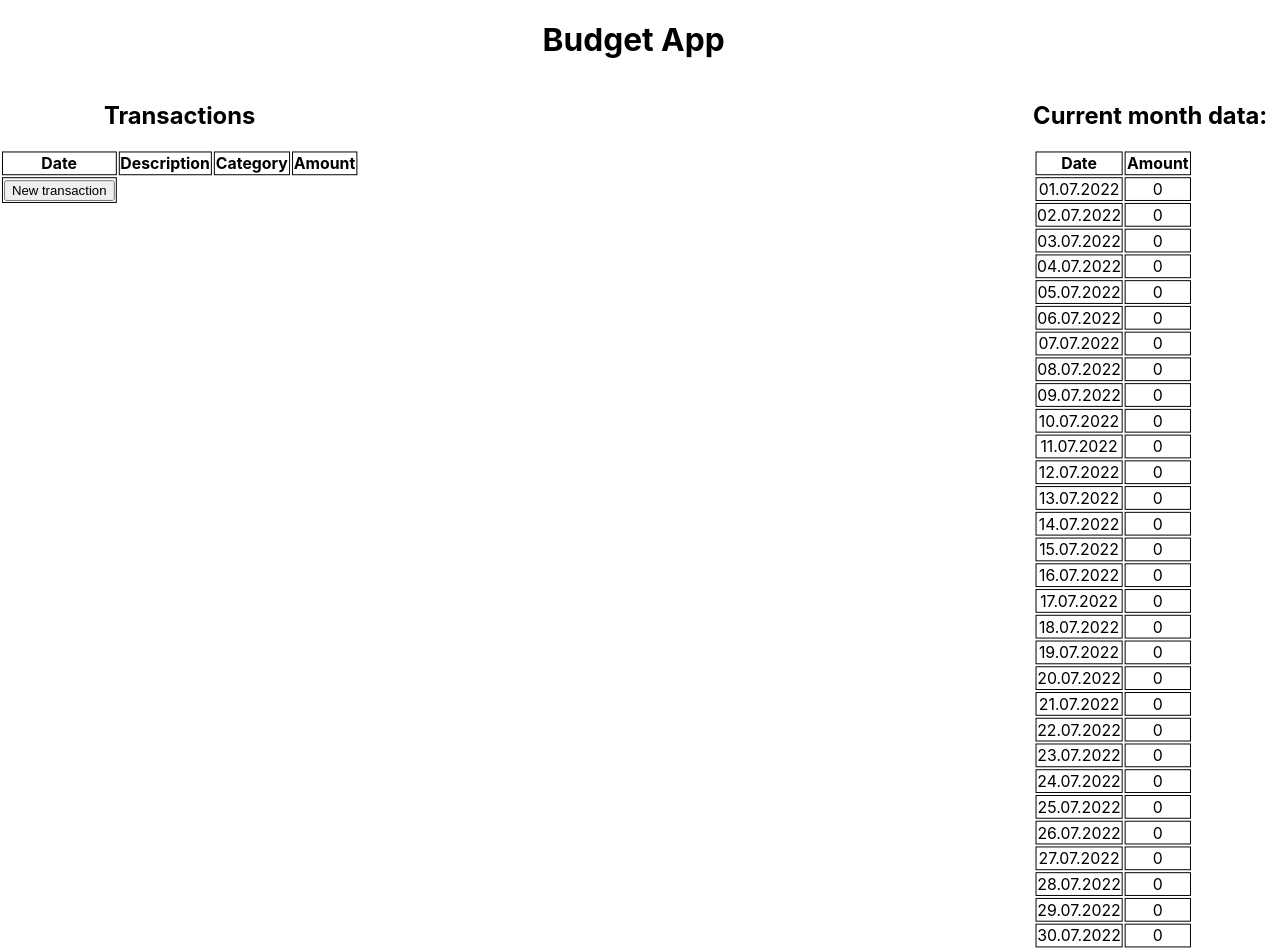
Repository: matveisch/budget-app
Page: /
These files come from the project's save history. The page is drawn as it stood at one moment and after the next save; the edit follows.
The browser window is 1280 px wide. The pictures show the whole page, at 99% of full size.
The project was rebuilt for these pictures with package versions that can differ from the ones it lists, and the page was loaded fresh each time. Also part of the build but not shown: src/components/SingleTransaction/SingleTransaction.tsx.

Above is the page before, as saved 2022-07-21 15:43:25.

### src/App.tsx
import React, {useState} from 'react';

import './App.css';

import TransactionsList from "./components/TransactionsList/TransactionsList";
import {TransactionsContext} from "./data/TransactionsContext";
import {ListOfTransactions, Transaction} from "./interface/types/Types";
import InputPopup from "./components/InputPopup/InputPopup";
import {CategoriesContext} from "./data/CategoriesContext";
import DaysSum from "./components/DaysSum/DaysSum";

function App() {
    const [transactions, setTransactions] = useState<ListOfTransactions["arrayOfObjects"]>([
        {
            id: 1,
            amount: 20,
            note: 'bread from local store',
            category: 'food',
            date: '2022-02-22'
        }
    ]);

    const [categories, setCategories] = useState(['food', 'shopping', 'groceries']);
    const [toggleInputPopup, setToggleInputPopup] = useState(false);

    return (
        <TransactionsContext.Provider value={{transactions, setTransactions}} >
            <CategoriesContext.Provider value={{categories, setCategories}} >
                <div className="App">
                    <header>
                        <h1>Budget App</h1>
                    </header>
                    <main>
                        <div id="transactions">
                            <h2>Transactions</h2>
                            {transactions.length < 0 ? <h1>no transactions</h1> :
                                <TransactionsList transactions={transactions} setToggleInputPopup={setToggleInputPopup}/>
                            }
                            <InputPopup toggleInputPopup={toggleInputPopup} setToggleInputPopup={setToggleInputPopup}/>
                        </div>
                        <div id="month-data">
                            <h2>Current month data:</h2>
                            <DaysSum />
                        </div>
                    </main>
                </div>
            </CategoriesContext.Provider>
        </TransactionsContext.Provider>
    );
}

export default App;

### src/components/TransactionsList/TransactionsList.tsx
import React, {Dispatch, SetStateAction} from 'react';

import './TransactionsList.css';

import {ListOfTransactions, Transaction} from "../../interface/types/Types";
import SingleTransaction from "../SingleTransaction/SingleTransaction";

interface TransactionsProps {
    transactions: ListOfTransactions["arrayOfObjects"];
    setToggleInputPopup: Dispatch<SetStateAction<boolean>>;
}

const TransactionsList = (props: TransactionsProps) => {
    return (
        <table id="transactions-list">
            <thead>
                <tr>
                    <th>Date</th>
                    <th>Description</th>
                    <th>Category</th>
                    <th>Amount</th>
                </tr>
            </thead>
            <tbody>
                {props.transactions.filter(transaction => new Date(transaction.date).getMonth() === new Date().getMonth()).map((item: Transaction, index: number) => {
                    return (
                        <SingleTransaction id={item.id} amount={item.amount} note={item.note} category={item.category} date={item.date} key={index}/>
                    )
                })}
            </tbody>
            <tfoot>
                <tr>
                    <td><button onClick={() => props.setToggleInputPopup(true)}>New transaction</button></td>
                </tr>
            </tfoot>
        </table>
    );
};

export default TransactionsList;

### src/data/TransactionsContext.tsx
import React, {createContext} from "react";

import {TransactionsContextType} from "../interface/types/Types";

export const TransactionsContext = createContext<TransactionsContextType | null>(null);

### src/components/InputPopup/InputPopup.tsx
import React, {Dispatch, SetStateAction, useContext, useEffect, useState} from 'react';

import './InputPopup.css';

import {TransactionsContext} from "../../data/TransactionsContext";
import {CategoriesContextType, Transaction, TransactionsContextType} from "../../interface/types/Types";
import Dropdown from "../../ui/Dropdown/Dropdown";
import {CategoriesContext} from "../../data/CategoriesContext";

interface InputPopupProps {
    toggleInputPopup: boolean;
    setToggleInputPopup: Dispatch<SetStateAction<boolean>>;
}

const InputPopup = (props: InputPopupProps) => {
    const { transactions, setTransactions } = useContext(TransactionsContext) as TransactionsContextType;
    const { categories, setCategories } = useContext(CategoriesContext) as CategoriesContextType;
    const [currentCategory, setCurrentCategory] = useState('');

    const [initialValues, setInitialValues] = useState({
        id: transactions.length + 1,
        amount: 0,
        note: '',
        category: '',
        date: '',
    })

    const handleDataChange = (e: React.ChangeEvent<HTMLInputElement>) => {
        const { id, value } = e.target;
        setInitialValues(prevState => ({
            ...prevState,
            [id]: value
        }));
    };

    // updating transaction id
    useEffect(() => {
        setInitialValues({...initialValues, ['id']: (transactions.length + 1)});
    }, [transactions.length])

    // updating transaction category
    useEffect(() => {
        setInitialValues({...initialValues, ['category']: currentCategory});
    }, [currentCategory]);

    const handleSave = (e: React.MouseEvent<HTMLButtonElement>) => {
        const saveData = (values: Transaction) => {
            setTransactions(current => [...current, values]);
        };

        e.preventDefault();

        // check if user filled all the inputs
        if (initialValues.amount > 0 && initialValues.note.length > 0 && initialValues.date.length > 0 && initialValues.category.length > 0) {
            saveData(initialValues);
            props.setToggleInputPopup(false);
        } else {
            console.log('fill all the inputs');
        }
    };

    return (
        <div id="input-popup" style={props.toggleInputPopup ? {display: 'block', position: 'absolute'} : {display: 'none'}}>
            <form id="input-popup__form">
                <div className="option-container">
                    <label htmlFor="date">Date:</label>
                    <input type="date" id="date" onChange={handleDataChange} value={initialValues.date}/>
                </div>
                <div className="option-container">
                    <label htmlFor="note">Description:</label>
                    <input type="text" id="note" onChange={handleDataChange} value={initialValues.note}/>
                </div>
                <Dropdown placeholder={'Categories'}
                          options={categories}
                          currentCategory={currentCategory}
                          setCurrentCategory={setCurrentCategory}/>
                <div className="option-container">
                    <label htmlFor="amount">Amount:</label>
                    <input type="number" id="amount" onChange={handleDataChange} value={initialValues.amount}/>
                </div>
                <div className="buttons">
                    <button type="submit" onClick={handleSave}>Save</button>
                    <button onClick={(e) => {e.preventDefault(); props.setToggleInputPopup(false);}}>Close</button>
                </div>
            </form>
        </div>
    );
};

export default InputPopup;

### src/data/CategoriesContext.tsx
import React, {createContext} from "react";

import {CategoriesContextType} from "../interface/types/Types";

export const CategoriesContext = createContext<CategoriesContextType | null>(null);

### src/components/DaysSum/DaysSum.tsx
import React, {useContext} from 'react';

import './DaysSum.css';

import {Transaction, TransactionsContextType} from "../../interface/types/Types";
import {TransactionsContext} from "../../data/TransactionsContext";

const DaysSum = () => {
    const { transactions, setTransactions } = useContext(TransactionsContext) as TransactionsContextType;

    // count sum of all transactions made on the exact day
    const countSum = (arr: Transaction[]) => arr.reduce((sum, {amount}) => sum + amount * 1, 0);

    const getDaysInMonth = (year: number, month: number) => {
        return new Date(year, month, 0).getDate();
    }

    const currentMonth = new Date().getMonth();
    const currentYear = new Date().getFullYear();

    const monthLongTable = () => {
        let arrayOfTr = [];

        for (let i = 0; i < getDaysInMonth(currentYear, currentMonth); i++) {
            arrayOfTr.push(
                <tr key={i}>
                    <td>{`${i + 1 > 9 ? i + 1 : `0${i + 1}`}.${currentMonth + 1 > 9 ? currentMonth + 1 : `0${currentMonth + 1}`}.${currentYear}`}</td>
                    <td>{countSum(transactions.filter(transaction => new Date(transaction.date).getDate() === i + 1 && new Date(transaction.date).getMonth() === currentMonth))}</td>
                </tr>
            )
        }

        return arrayOfTr;
    }

    return (
        <table id="days-sum">
            <thead>
                <tr>
                    <th>Date</th>
                    <th>Amount</th>
                </tr>
            </thead>
            <tbody>
                {monthLongTable()}
            </tbody>
        </table>
    );
};

export default DaysSum;

### src/components/TransactionsList/TransactionsList.css
#transactions-list th, #transactions-list td {
  border: 1px solid;
}/*# sourceMappingURL=TransactionsList.css.map */

### src/components/InputPopup/InputPopup.css
#input-popup {
  background-color: white;
}
#input-popup__form {
  display: flex;
  flex-direction: column;
  align-items: start;
  gap: 5px;
  width: 300px;
  border: 1px solid;
  border-radius: 8px;
  padding: 15px;
}
#input-popup__form .option-container {
  display: flex;
  gap: 10px;
}
#input-popup__form .buttons {
  width: 100%;
  display: flex;
  justify-content: space-between;
}/*# sourceMappingURL=InputPopup.css.map */

### src/ui/Dropdown/Dropdown.tsx
import React, {Dispatch, SetStateAction, useState} from 'react';

import './Dropdown.css';
import arrow from '../../data/images/arrow-down-sign-to-navigate.png';

interface DropdownProps {
    placeholder: string;
    options: string[];
    currentCategory: string;
    setCurrentCategory: Dispatch<SetStateAction<string>>;
}

const Dropdown = (props: DropdownProps) => {
    const [dropdownToggle, setDropdownToggle] = useState(false);

    const optionClickHandler = (option: string) => {
        props.setCurrentCategory(option);
        setDropdownToggle(false);
    }

    return (
        <div className="dropdown">
            <div className="dropdown__header" onClick={() => setDropdownToggle(!dropdownToggle)}>
                {props.currentCategory.length > 0 ? props.currentCategory : props.placeholder}
                <img src={arrow} alt="" style={dropdownToggle ? {transform: 'rotate(180deg)'} : undefined}/>
            </div>
            <div className="dropdown__options-container"
                 style={dropdownToggle ? {display: 'flex'} : {display: 'none'}}>{props.options.map((option, index) => {
                return (
                    <p key={index} className="option" onClick={() => optionClickHandler(option)}>{option}</p>
                )
            })}</div>
        </div>
    );
};

export default Dropdown;

### src/components/DaysSum/DaysSum.css
#days-sum td, #days-sum th {
  border: 1px solid;
}/*# sourceMappingURL=DaysSum.css.map */

### src/ui/Dropdown/Dropdown.css
.dropdown {
  border: 1px solid;
  border-radius: 8px;
  padding: 5px;
  display: flex;
  flex-direction: column;
  gap: 5px;
}
.dropdown__header {
  display: flex;
  gap: 5px;
  justify-content: start;
  align-items: center;
  cursor: pointer;
}
.dropdown__header img {
  width: 12px;
  margin-left: 10px;
}
.dropdown__options-container {
  display: flex;
  flex-direction: column;
  align-items: start;
  gap: 5px;
}
.dropdown__options-container p {
  margin: 0;
  cursor: pointer;
}/*# sourceMappingURL=Dropdown_20220708142345.css.map */

Loaded but not shown: public/index.html (common file); src/index.tsx (common file); src/index.css (common file); src/reportWebVitals.ts (common file); src/App.css (common file)

After the next save:
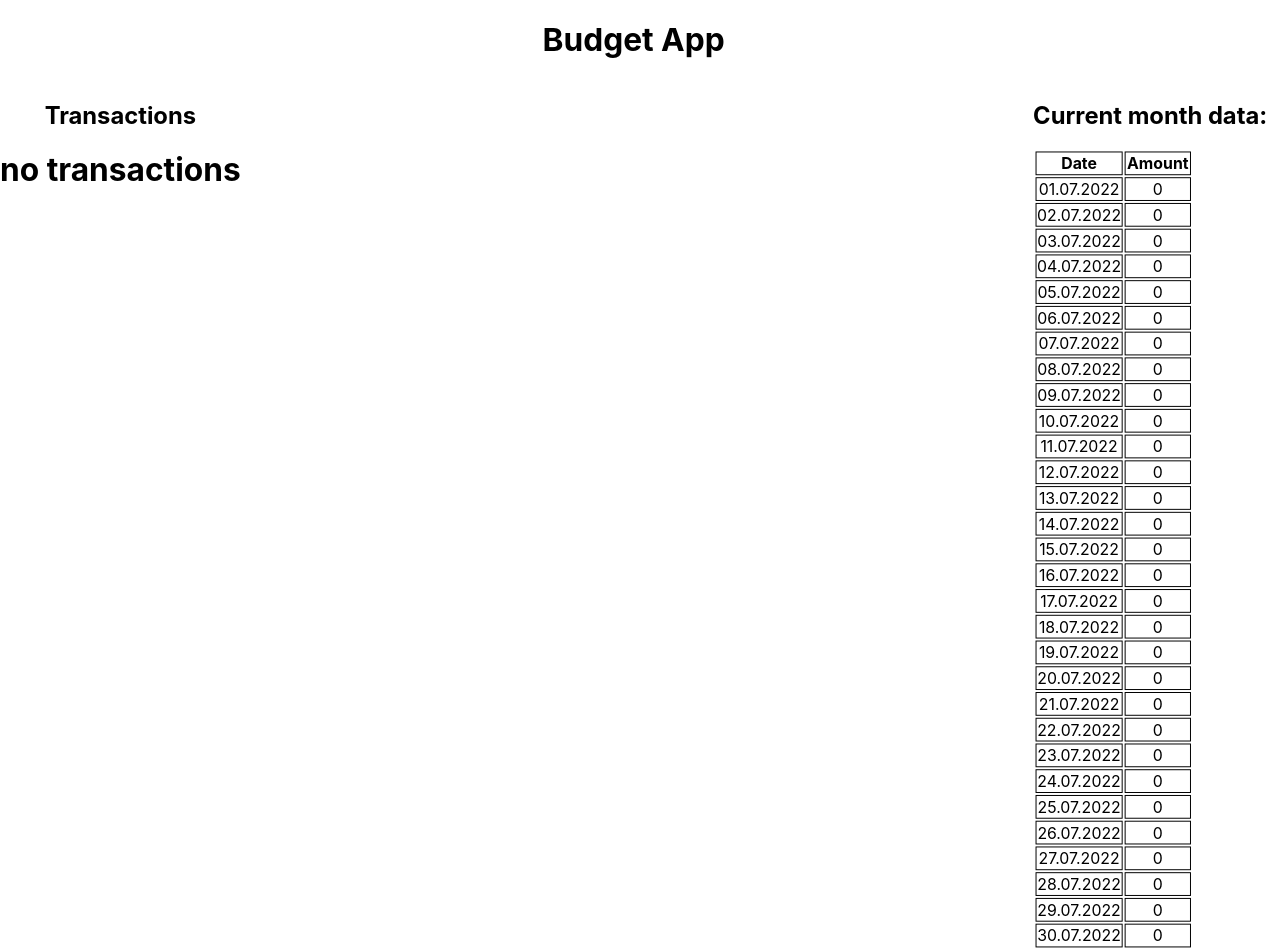
Saved 14 s later.
--- a/src/App.tsx
+++ b/src/App.tsx
@@ -33,7 +33,7 @@
                     <main>
                         <div id="transactions">
                             <h2>Transactions</h2>
-                            {transactions.length < 0 ? <h1>no transactions</h1> :
+                            {transactions.length > 0 ? <h1>no transactions</h1> :
                                 <TransactionsList transactions={transactions} setToggleInputPopup={setToggleInputPopup}/>
                             }
                             <InputPopup toggleInputPopup={toggleInputPopup} setToggleInputPopup={setToggleInputPopup}/>

After the 2 saves that followed:
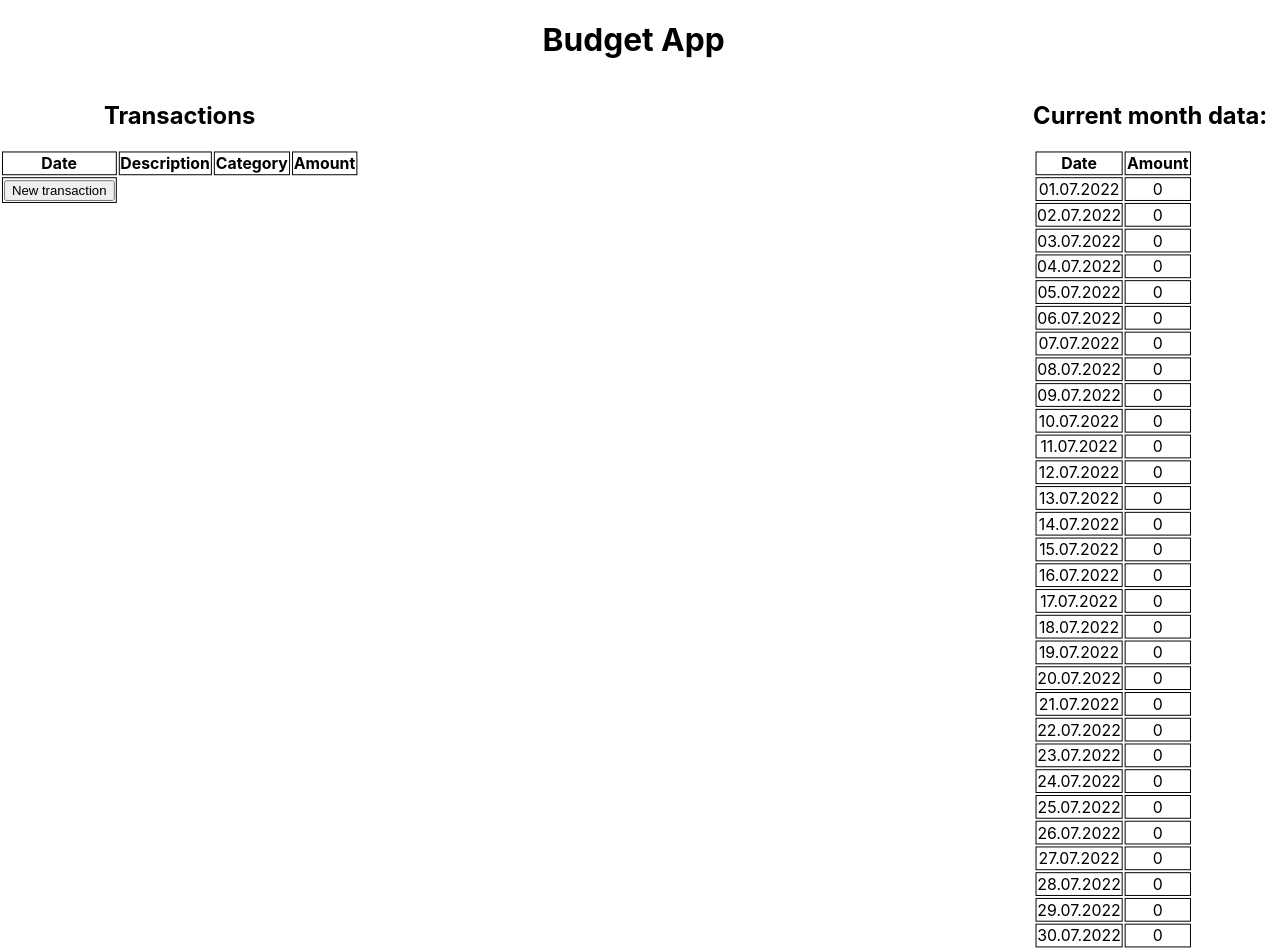
The 2 saves are shown as one change because they came seconds apart.
The last was saved 26 s later.
--- a/src/App.tsx
+++ b/src/App.tsx
@@ -33,9 +33,7 @@
                     <main>
                         <div id="transactions">
                             <h2>Transactions</h2>
-                            {transactions.length > 0 ? <h1>no transactions</h1> :
-                                <TransactionsList transactions={transactions} setToggleInputPopup={setToggleInputPopup}/>
-                            }
+                            <TransactionsList transactions={transactions} setToggleInputPopup={setToggleInputPopup}/>
                             <InputPopup toggleInputPopup={toggleInputPopup} setToggleInputPopup={setToggleInputPopup}/>
                         </div>
                         <div id="month-data">
